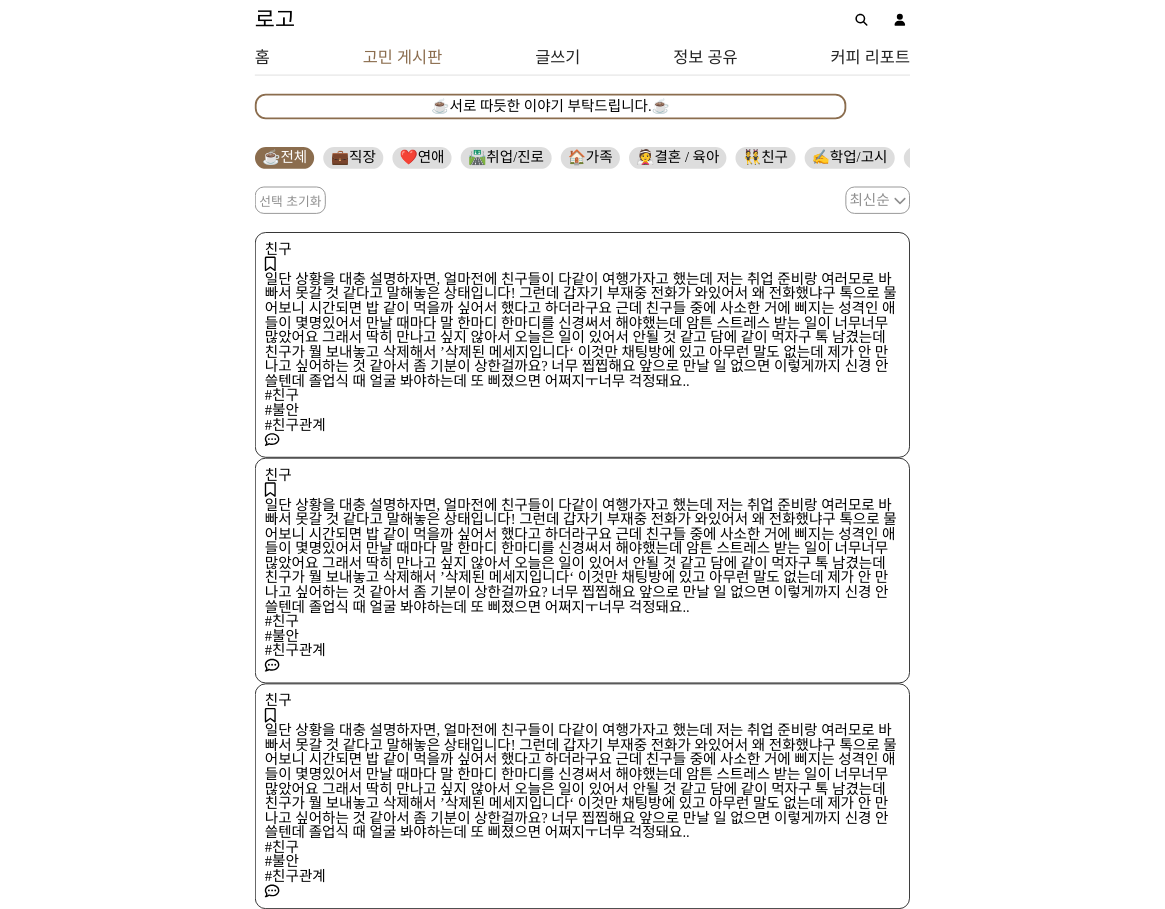
Repository: zlazlazla35/coffee
Page: /list
The author's editor kept a copy of each file at every save. The page is drawn from the files as they stood at one save, then again after the next save.
The browser window is 1280 px wide. The pictures show the whole page, at 91% of full size.
Some web fonts or font styles are not loaded; a fallback is used. The project was rebuilt for these pictures with package versions that can differ from the ones it lists, and the page was loaded fresh each time. The framework's server and built-in components were replaced by stand-ins that run in the browser. Also part of the build but not shown: next.config.mjs.

Above is the page before, as saved 2024-12-26 21:10:11.

After the next save:
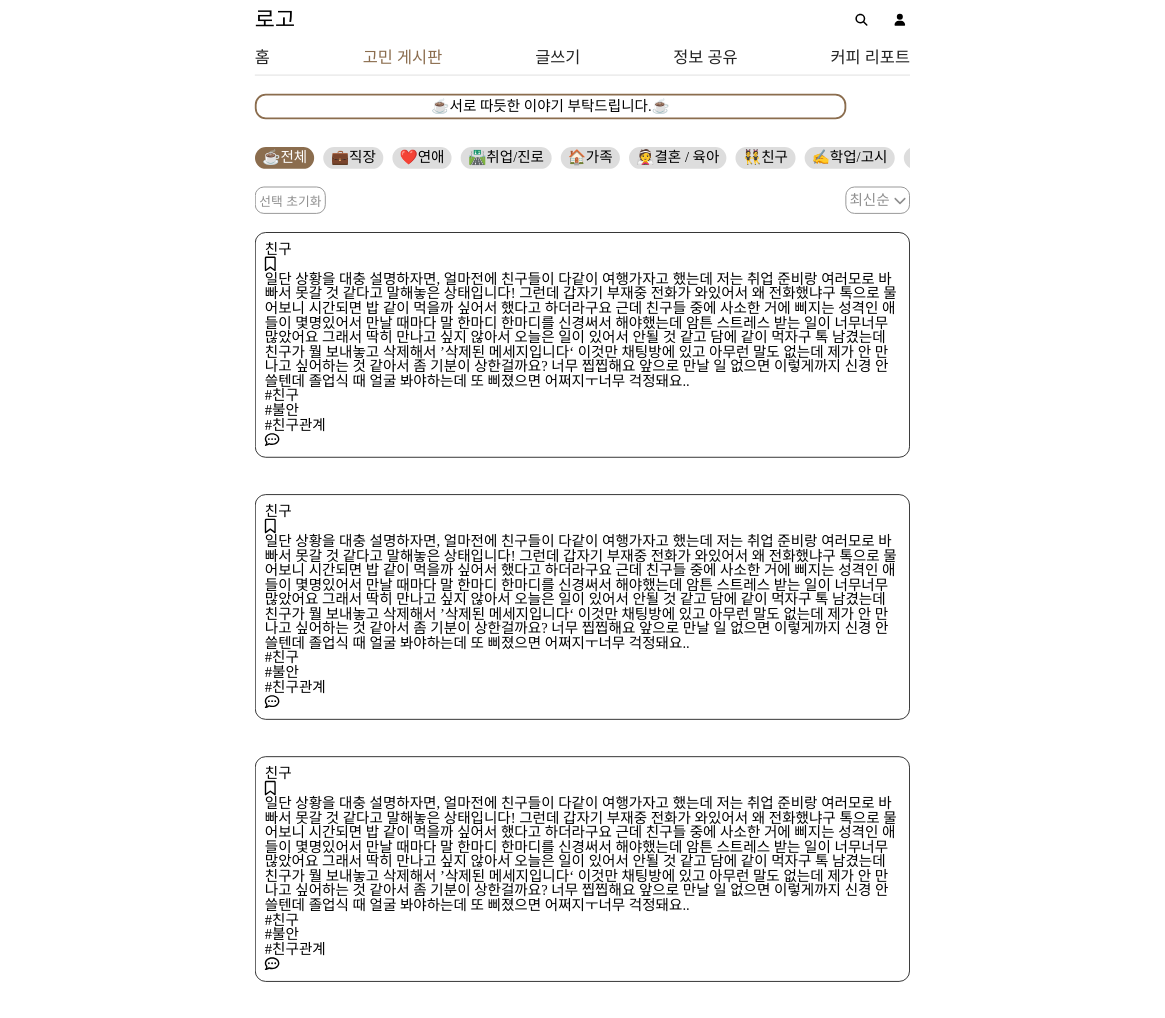
Saved 7 s later.
--- a/src/app/globals.css
+++ b/src/app/globals.css
@@ -86,4 +86,4 @@ a {text-decoration: none; color: inherit;}
 .liset_page .filterBox .tag_reset{display: inline-block; box-sizing: border-box; padding: 4px; border: 1px solid #8f8f8f; background: none; color: #8f8f8f; font-size: 14px; border-radius: 10px;}
 
 
-.liset_page .list_card {width: 100%; box-sizing: border-box; padding: 10px; border: 1px solid #232323; border-radius: 12px;}
+.liset_page .list_card {width: 100%; box-sizing: border-box; padding: 10px; border: 1px solid #232323; border-radius: 12px; margin-bottom: 40px;}
